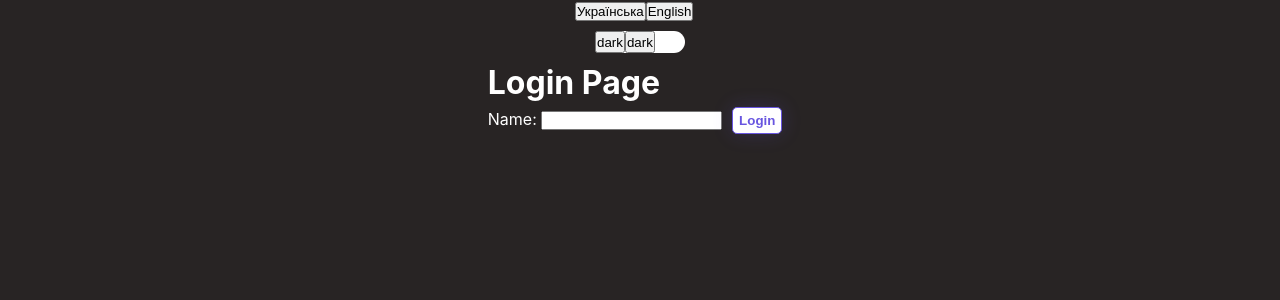
Repository: Novoselets28/star-wars-hooks
Page: /
An editor plug-in stored every save of this project. The page is shown before and after the next save, followed by the edit.
The browser window is 1280 px wide. The pictures show the whole page.
The project was rebuilt for these pictures with package versions that can differ from the ones it lists, and the page was loaded fresh each time. Also part of the build but not shown: src/components/HomePage.jsx, src/components/People/CurrentPeople.jsx, src/components/People/PeopleList.jsx, src/components/People/People.jsx, src/components/Planets/CurrentPlanet.jsx, src/components/Planets/PlanetsList.jsx, src/components/Planets/Planets.jsx, src/components/Starships/CurrentStarship.jsx and 4 more.

Above is the page before, as saved 2023-03-27 19:43:04.

After the next save:
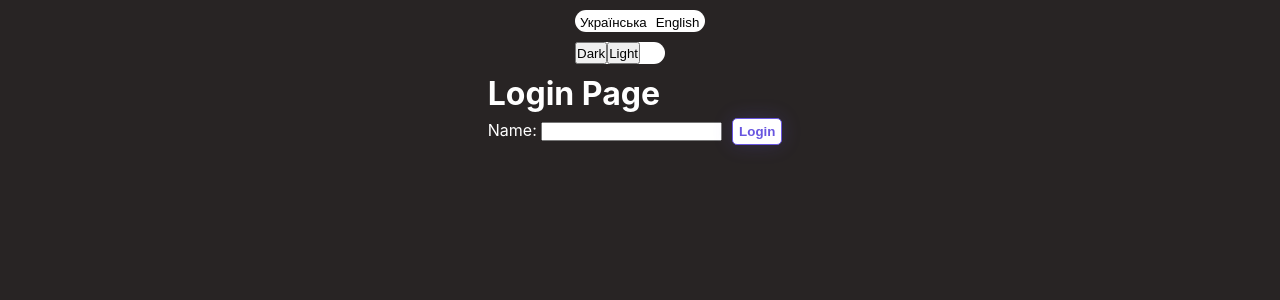
Saved 105 s later.
--- a/src/components/Header.jsx
+++ b/src/components/Header.jsx
@@ -15,13 +15,13 @@ function Header() {
 
   return (
     <div>
-      <div className="toggle__lang">
-        <button className={language==="ukr" ? "active" : ""} onClick={()=>setLanguage("ukr")}>Українська</button>
-        <button className={language==="eng" ? "active" : ""} onClick={()=>setLanguage("eng")}>English</button>
+      <div className="button-box-lang">
+        <button className={language==="ukr" ? "active" : "not-active"} onClick={()=>setLanguage("ukr")}>Українська</button>
+        <button className={language==="eng" ? "active" : "not-active"} onClick={()=>setLanguage("eng")}>English</button>
       </div>
       <div className="button-box-theme">
-        <button className={theme==="light" ? "dark" : ""} onClick={()=>setTheme("ukr")}>{theme}</button>
-        <button className={theme==="dark" ? "light" : ""} onClick={()=>setTheme("eng")}>{theme}</button>
+        <button className={theme==="light" ? "dark" : ""} onClick={()=>setTheme("ukr")}>Dark</button>
+        <button className={theme==="dark" ? "light" : ""} onClick={()=>setTheme("eng")}>Light</button>
       </div>
     </div>
   );
